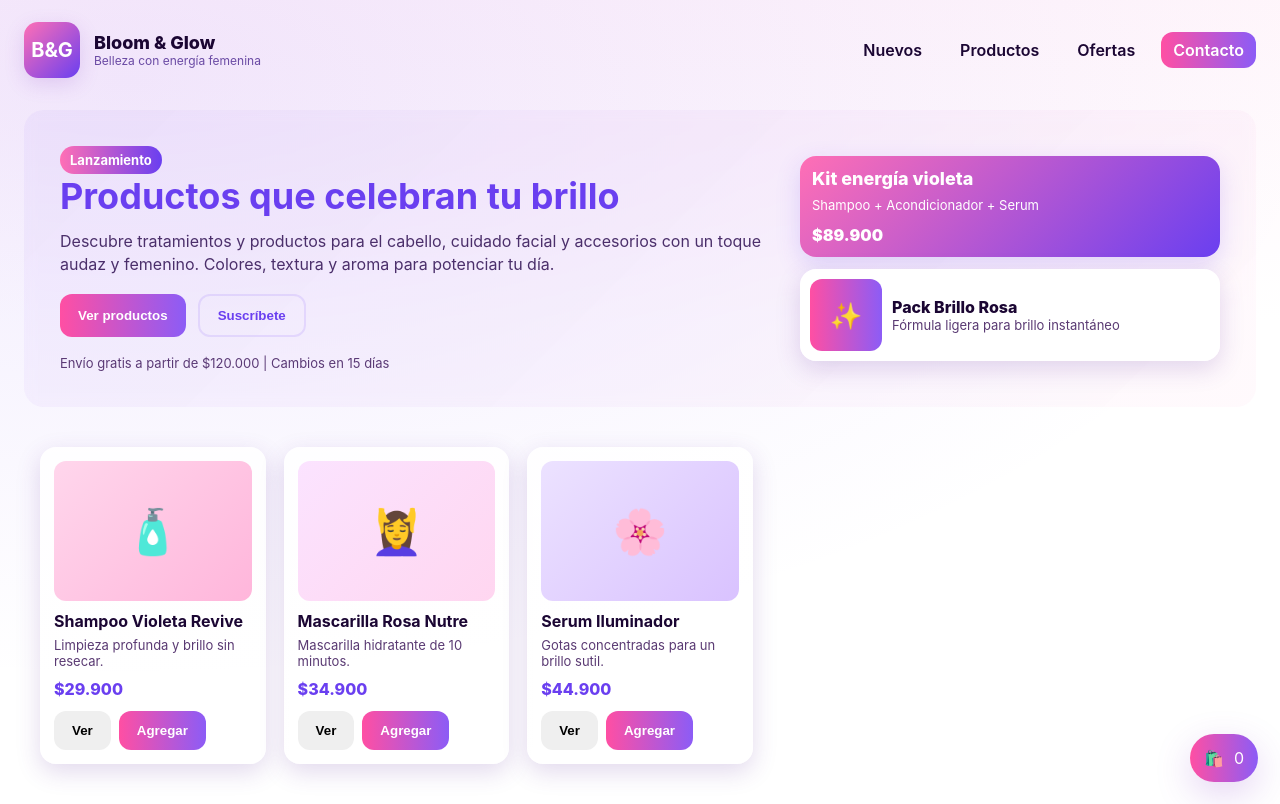
Repository: NovaSystem-DG/tienda-online
Page: index.html
These files come from the project's save history. The page is drawn as it stood at one moment and after the next save; the edit follows.
The browser window is 1280 px wide. The pictures show the whole page.
After loading, the first visible `button.btn` was clicked once.

Above is the page before, as saved 2025-12-07 20:47:12.

After the next save:
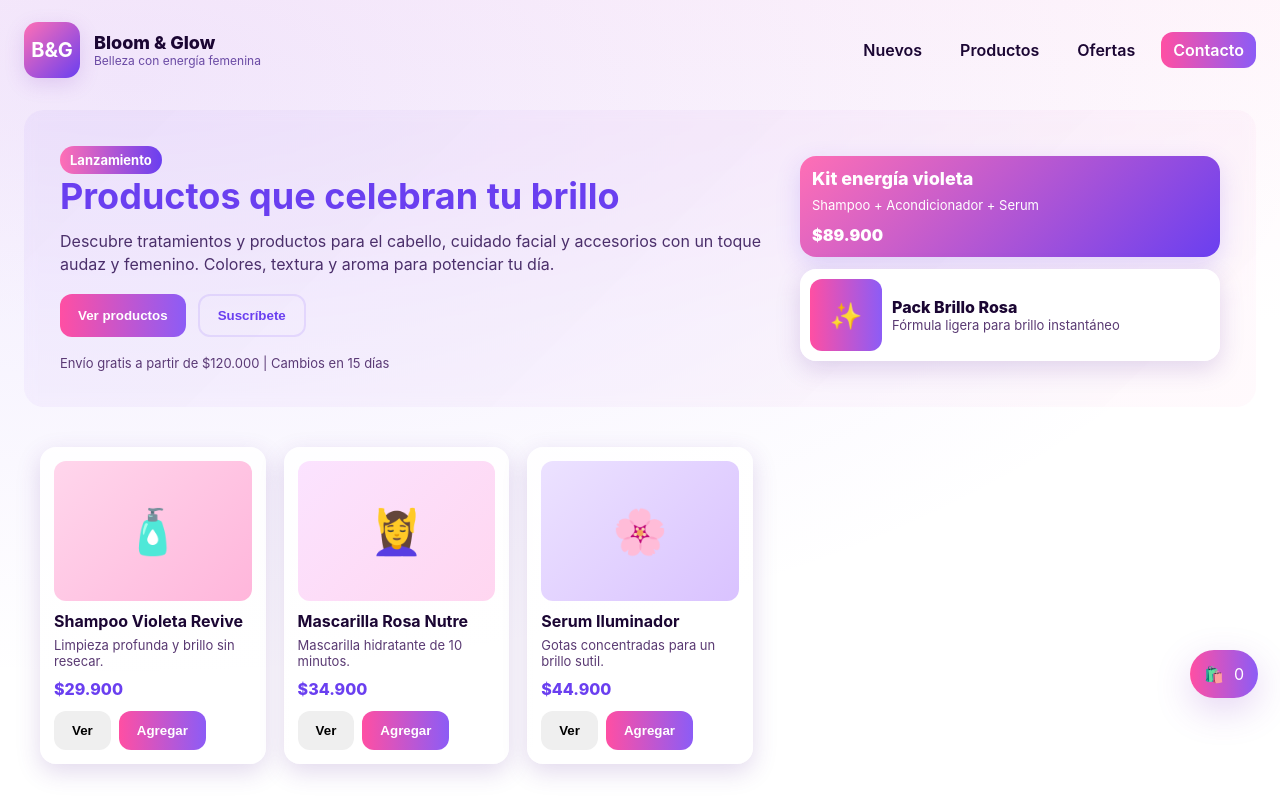
Console error: ReferenceError: scrollToCatalog is not defined
Saved 9 s later.
--- a/index.html
+++ b/index.html
@@ -197,69 +197,7 @@
 
   <script>
     // Simple interactivity: modal, cart state, scroll
-    const modal = document.getElementById('modal');
-    const modalCard = document.getElementById('modal-card');
-    const cart = [];
-
-    function scrollToCatalog(){
-      document.getElementById('productos').scrollIntoView({behavior:'smooth'});
-    }
-
-    function openModal(key){
-      let html = '';
-      if(key === 'suscribete'){
-        html = `<h2>Suscríbete</h2>
-          <p>Recibe ofertas y novedades directas a tu correo.</p>
-          <form onsubmit="event.preventDefault(); alert('Gracias!'); closeModal();">
-            <input required placeholder="Tu correo" style="padding:10px;border-radius:10px;border:1px solid #eee;width:100%;margin-top:8px" />
-            <div style="display:flex;gap:8px;margin-top:12px;justify-content:flex-end">
-              <button class="btn btn-secondary" type="button" onclick="closeModal()">Cerrar</button>
-              <button class="btn btn-primary" type="submit">Enviar</button>
-            </div>
-          </form>`;
-      } else if(key === 'cart'){
-        if(cart.length === 0) html = `<h2>Tu carrito está vacío</h2><p>Añade productos para empezar a brillar ✨</p><div style="margin-top:12px;text-align:right"><button class='btn btn-primary' onclick='closeModal()'>Seguir comprando</button></div>`;
-        else {
-          html = '<h2>Carrito</h2><div>' + cart.map((it, idx)=>`<div style="display:flex;justify-content:space-between;padding:10px 0;border-bottom:1px solid #f1e6fb"><div><b>${it.name}</b><div style="font-size:13px;color:#5a3a73">Cantidad: ${it.qty}</div></div><div style="font-weight:800">$'+it.price+'</div></div>`).join('') + '</div><div style="display:flex;justify-content:space-between;margin-top:12px;font-weight:800"><div>Total</div><div>$'+cart.reduce((s,i)=>s+i.price*i.qty,0)+'</div></div><div style="margin-top:12px;text-align:right"><button class="btn btn-secondary" onclick="closeModal()">Seguir comprando</button> <button class="btn btn-primary" onclick="checkout()">Pagar</button></div>';
-        }
-      } else if(key.startsWith('p')){
-        // demo product pages
-        const id = key.replace('p','');
-        const products = {
-          '1':{name:'Shampoo Violeta Revive',price:29900,desc:'Limpieza profunda y brillo sin resecar.'},
-          '2':{name:'Mascarilla Rosa Nutre',price:34900,desc:'Mascarilla hidratante de 10 minutos.'},
-          '3':{name:'Serum Iluminador',price:44900,desc:'Gotas concentradas para un brillo sutil.'}
-        };
-        const p = products[id];
-        html = `<div style="display:flex;gap:16px;align-items:center"><div style="flex:1"><h2>${p.name}</h2><p style='color:#5a3a73'>${p.desc}</p><div style='margin-top:12px;font-weight:900'>$${p.price}</div><div style='margin-top:12px;display:flex;gap:8px'><button class='btn btn-primary' onclick="addToCart(${id})">Agregar</button><button class='btn' onclick="closeModal()">Cerrar</button></div></div><div style='width:210px;height:210px;border-radius:12px;background:linear-gradient(135deg,var(--pink-1),var(--purple-1));display:grid;place-items:center;font-size:44px;color:white'>✨</div></div>`;
-      }
-      modalCard.innerHTML = html;
-      modal.classList.add('open');
-    }
-
-    function closeModal(){
-      modal.classList.remove('open');
-      modalCard.innerHTML = '';
-    }
-
-    modal.addEventListener('click', (e)=>{ if(e.target === modal) closeModal(); });
-
-    function addToCart(id){
-      const map = {1:{name:'Shampoo Violeta Revive',price:29900},2:{name:'Mascarilla Rosa Nutre',price:34900},3:{name:'Serum Iluminador',price:44900}};
-      const item = map[id];
-      const found = cart.find(x=>x.name===item.name);
-      if(found) found.qty++;
-      else cart.push({name:item.name,price:item.price,qty:1});
-      document.getElementById('cart-count').innerText = cart.reduce((s,i)=>s+i.qty,0);
-      // small feedback
-      const fab = document.querySelector('.cart-fab');
-      fab.animate([{transform:'translateY(0)'},{transform:'translateY(-8px)'},{transform:'translateY(0)'}],{duration:420});
-    }
-
-    function checkout(){
-      alert('Gracias por tu compra — este es un demo.');
-      cart.length = 0;document.getElementById('cart-count').innerText = 0;closeModal();
-    }
+
   </script>
 </body>
 </html>
